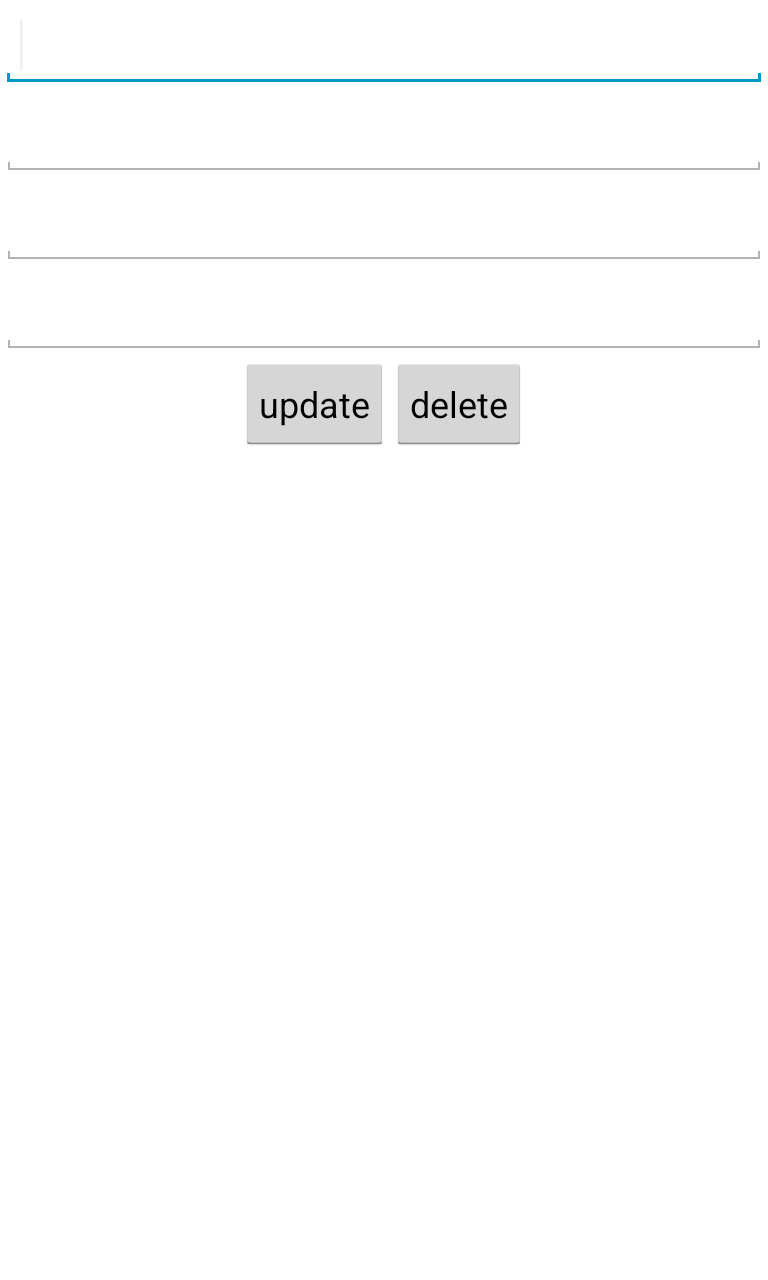
Repository: droidexample/some-practises-sample-example
Layout: VollayWebServiceDemo/res/layout/activity_update.xml
An editor plug-in stored every save of this project. The layout is shown before and after the next save, followed by the edit.
It is drawn on a 768 x 1280 px phone screen (xhdpi) without system bars, with theme AppTheme; the app's code is not run.

Above is the layout before, as saved 2015-06-20 23:12:55.

After the next save:
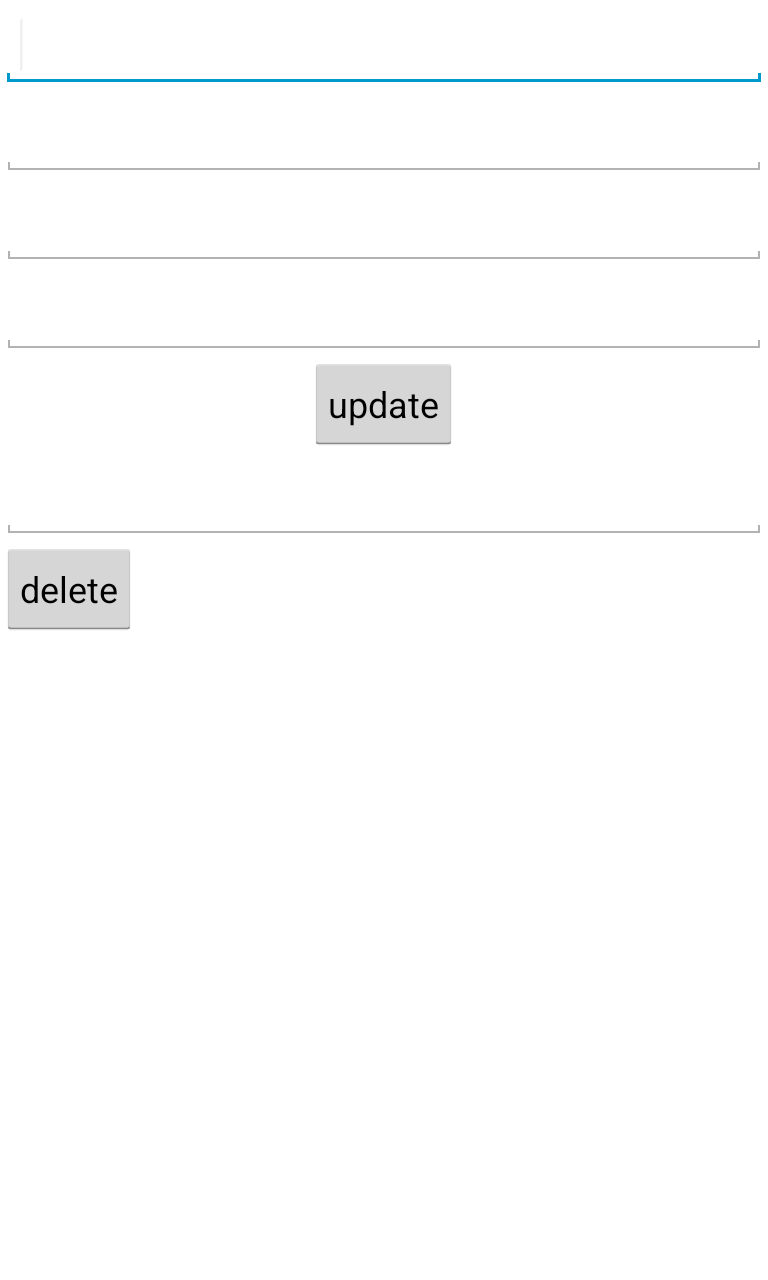
Saved 33 s later.
--- a/VollayWebServiceDemo/res/layout/activity_update.xml
+++ b/VollayWebServiceDemo/res/layout/activity_update.xml
@@ -50,14 +50,22 @@
             android:onClick="create"
             android:padding="10dp"
             android:text="update" />
-
-        <Button
-            android:id="@+id/btnDelete"
-            android:layout_width="wrap_content"
-            android:layout_height="wrap_content"
-            android:onClick="show"
-            android:padding="10dp"
-            android:text="delete" />
     </LinearLayout>
 
+    <EditText
+        android:id="@+id/upAddress"
+        android:layout_width="match_parent"
+        android:layout_height="wrap_content"
+        android:ems="10"
+        android:inputType="textPersonName"
+        android:padding="10dp" />
+
+    <Button
+        android:id="@+id/btnDelete"
+        android:layout_width="wrap_content"
+        android:layout_height="wrap_content"
+        android:onClick="show"
+        android:padding="10dp"
+        android:text="delete" />
+
 </LinearLayout>
